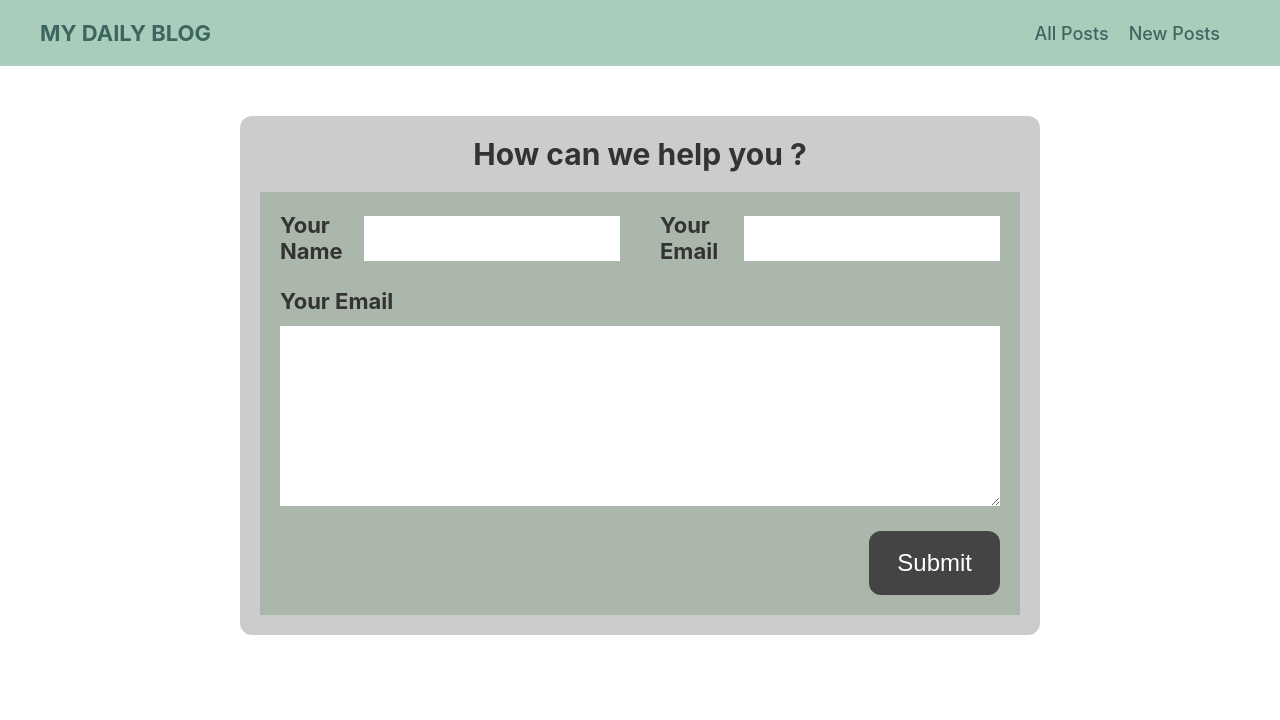
Repository: lyvandat/post-project-nextjs
Page: /new-post
An editor plug-in stored every save of this project. The page is shown before and after the next save, followed by the edit.
The browser window is 1280 px wide. The pictures show the whole page.
The project was rebuilt for these pictures with package versions that can differ from the ones it lists, and the page was loaded fresh each time. The framework's server and built-in components were replaced by stand-ins that run in the browser. Also part of the build but not shown: next.config.js.

Above is the page before, as saved 2022-09-26 18:43:12.

### pages/_app.tsx
import "../styles/globals.css";
import type { AppProps } from "next/app";
import Layout from "../components/layout/Layout";

function MyApp({ Component, pageProps }: AppProps) {
  return (
    <Layout>
      <Component {...pageProps} />
    </Layout>
  );
}

export default MyApp;

### pages/new-post.tsx
import NewPost from "../components/posts/NewPost";
const NewPostPage: React.FC = (props) => {
  return <NewPost />;
};

export default NewPostPage;

### styles/globals.css
:root {
  --background-green: #aacdbb;
  --light-green: #abb7ab;
  --medium-green: #8b9874;
  --high-green: #3e6660;
}

html,
body {
  color: var(--medium-green);
  padding: 0;
  margin: 0;
  font-family: -apple-system, BlinkMacSystemFont, Segoe UI, Roboto, Oxygen,
    Ubuntu, Cantarell, Fira Sans, Droid Sans, Helvetica Neue, sans-serif;
}

html {
  font-size: 62.5%;
}

body {
  font-size: 1.6rem;
}

a {
  color: inherit;
  text-decoration: none;
}

* {
  box-sizing: border-box;
  margin: 0;
  border: 0;
  padding: 0;
}

ul {
  padding-left: 0;
  list-style: none;
}

button {
  outline: none;
}

img {
  display: block;
  max-width: 100%;
}

.container {
  max-width: 1200px;
  width: 100%;
  margin-left: auto;
  margin-right: auto;
}

.container > h2 {
  text-align: center;
  color: white;
  opacity: 0.66;
  margin-bottom: 40px;
  margin-top: 10px;
  padding-top: 30px;
  font-size: 2.8rem;
  font-weight: 600;
  text-transform: capitalize;
}

.padding-section {
  padding-top: 50px;
  padding-bottom: 30px;
}

### components/layout/Layout.tsx
import React from "react";
import classes from "./Layout.module.css";
import MainNavigation from "./MainNavigation";

const Layout: React.FC<{ children: React.ReactNode }> = (props) => {
  return (
    <React.Fragment>
      <MainNavigation></MainNavigation>
      <main className={classes.main}>{props.children}</main>
    </React.Fragment>
  );
};

export default Layout;

### components/posts/NewPost.tsx
import classes from "./NewPost.module.css";

const NewPost: React.FC = (props) => {
  return (
    <section className={`${classes.contact} container`}>
      <h1> How can we help you ?</h1>
      <form className={classes.form}>
        <div className={classes.controls}>
          <div className={classes.control}>
            <label htmlFor="name">Your Name</label>
            <input id="name" type="text"></input>
          </div>
          <div className={classes.control}>
            <label htmlFor="email">Your Email</label>
            <input id="email" type="text"></input>
          </div>
        </div>
        <div className={classes.text}>
          <label htmlFor="feedback">Your Email</label>
          <textarea id="feedback" rows={12}></textarea>
        </div>
        <div className={classes.actions}>
          <button type="submit">Submit</button>
        </div>
      </form>
    </section>
  );
};

export default NewPost;

### components/layout/Layout.module.css
.main {
  width: 100%;
  margin-left: auto;
  margin-right: auto;
}

### components/layout/MainNavigation.tsx
import classes from "./MainNavigation.module.css";
import Link from "next/link";

const MainNavigation: React.FC = (props) => {
  return (
    <header className={classes["main-header"]}>
      <div className={classes.container}>
        <Link href="/">
          <a>
            <h2>My Daily Blog</h2>
          </a>
        </Link>
        <nav>
          <ul>
            <li>
              <Link href="/all-posts">All Posts</Link>
            </li>
            <li>
              <Link href="/new-post">New Posts</Link>
            </li>
          </ul>
        </nav>
      </div>
    </header>
  );
};

export default MainNavigation;

### components/posts/NewPost.module.css
.contact {
  background-color: #ccc;
  border-radius: 12px;
  padding: 20px;
  color: #333;
  font-size: 2.2rem;
  font-weight: bold;
  margin-top: 50px;
  max-width: 800px;
}

.contact h1 {
  font-size: 3rem;
  text-align: center;
  margin-bottom: 20px;
}

.form {
  padding: 20px;
  background-color: var(--light-green);
}

.controls {
  display: flex;
  flex-flow: row nowrap;
  justify-content: space-between;
  margin-bottom: 24px;
}

.control {
  width: calc(50% - 20px);
  display: flex;
  align-items: center;
}

.control label {
  margin-right: 16px;
}

.control input {
  flex: 1;
  padding: 12px;
  font-size: 1.8rem;
}

.text textarea {
  width: 100%;
}

.text label {
  display: block;
  margin-bottom: 12px;
}

.actions button {
  display: block;
  margin-left: auto;
  font-size: 2.4rem;
  background-color: #444;
  color: #fff;
  border-radius: 12px;
  padding: 18px 28px;
  margin-top: 20px;
}

.actions button:hover {
  background-color: #222;
}

### components/layout/MainNavigation.module.css
.main-header {
  background-color: var(--background-green);
  padding: 20px;
}

.container {
  color: var(--high-green);
  width: 100%;
  max-width: 1200px;
  display: flex;
  justify-content: space-between;
  align-items: center;
  margin: 0 auto;
}

.container h2 {
  font-size: 22px;
  font-weight: 700;
  text-transform: uppercase;
}

.container nav {
}

.container ul {
  display: flex;
  justify-content: flex-start;
}

.container li {
  margin-right: 20px;
}

.container a {
  font-weight: 600;
  font-size: 18px;
  font-weight: 500;
}

After the next save:
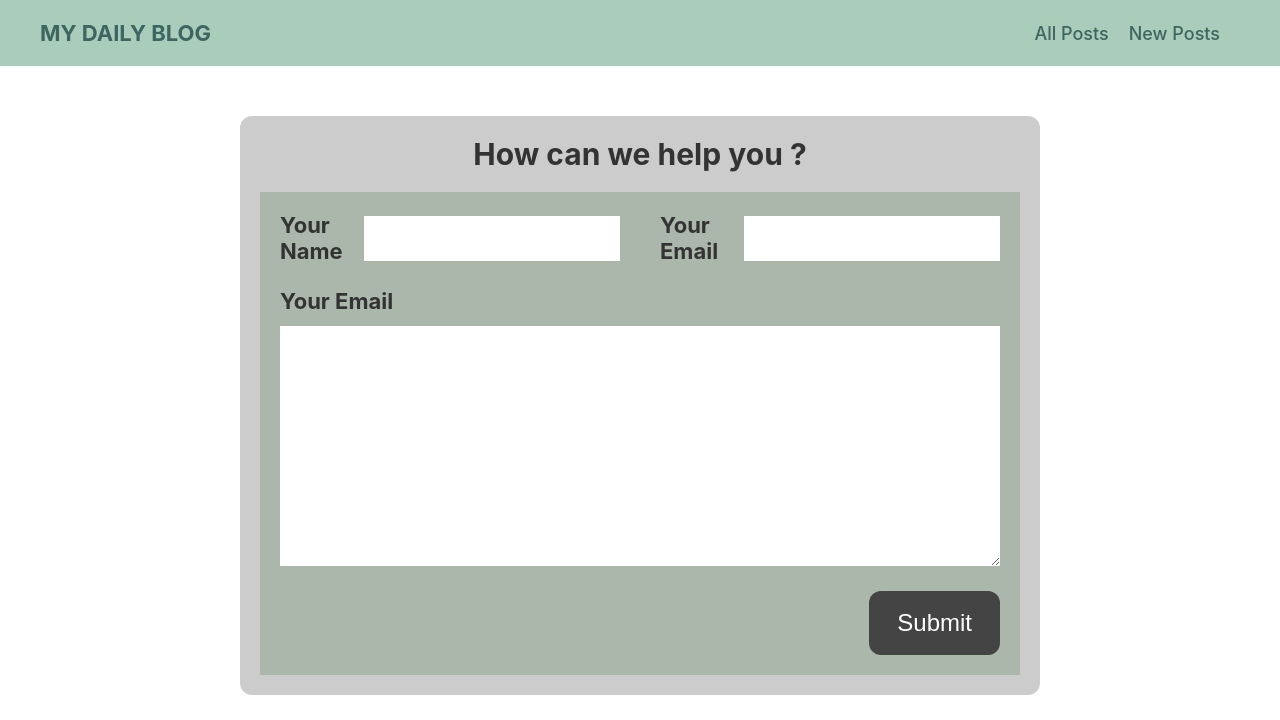
Saved 34 s later.
--- a/components/posts/NewPost.module.css
+++ b/components/posts/NewPost.module.css
@@ -45,6 +45,8 @@
 
 .text textarea {
   width: 100%;
+  font-size: 1.6rem;
+  padding: 12px;
 }
 
 .text label {
